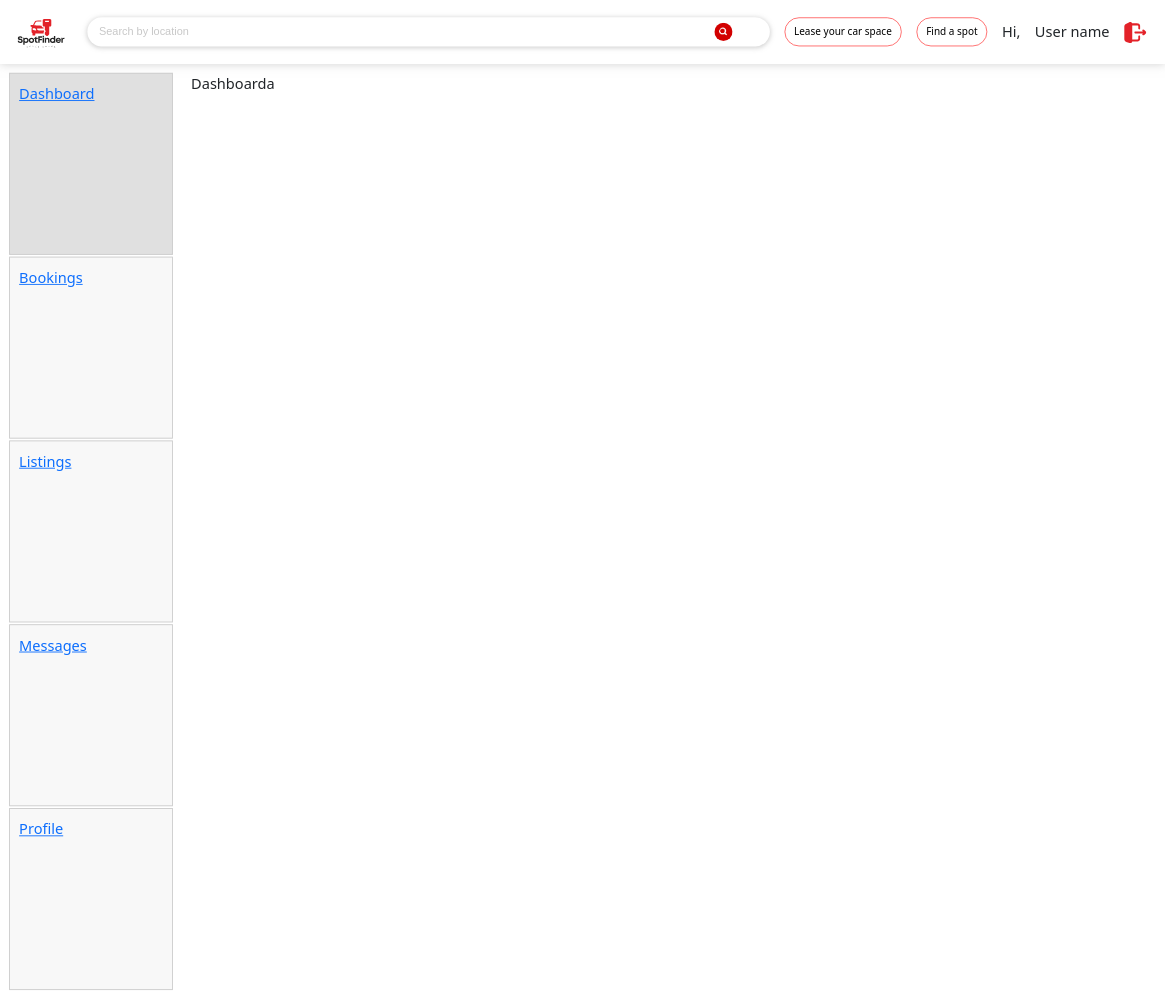
Repository: UNSWSpotFinder/SpotFinder
Page: /dashboard (app in frontend/)
The author's editor kept a copy of each file at every save. The page is drawn from the files as they stood at one save, then again after the next save.
The browser window is 1280 px wide. The pictures show the whole page, at 91% of full size.
The project was rebuilt for these pictures with package versions that can differ from the ones it lists, and the page was loaded fresh each time. Also part of the build but not shown: frontend/src/Login.css, frontend/src/Login.jsx, frontend/src/Regist.css, frontend/src/Regist.jsx, frontend/src/HomePage.jsx, frontend/src/App.css, frontend/src/components/Bookings.jsx, frontend/src/components/Listings.jsx and 2 more.

Above is the page before, as saved 2024-03-09 20:32:55.

### frontend/src/App.jsx
import logo from './logo.svg';
import React, {
  useState,
  useEffect,
  useRef,
  ChangeEvent,
  LabelHTMLAttributes,
  createContext,
  useContext,
  ReactNode,
} from 'react';
import {HomePageLarge,HomePageAdminSmall,HomePageAdminLarge,HomePageSmall} from './HomePage';
import { ErrorProvider, GlobalSnackbar, ErrorContext } from './API';
import { BrowserRouter, Routes, Route, Link } from 'react-router-dom';
import './App.css';

// 导入Dashboard相关页面组件
import DashboardTop from './components/DashboardTop';
import Dashboard from './components/Dashboard';
import Bookings from './components/Bookings';
import Listings from './components/Listings';
import Profile from './components/Profile';
import Messages from './components/Messages';

function App() {
  const [windowWidth, setWindowWidth] = useState(window.innerWidth);
  useEffect(() => {
    // 添加一个事件监听器，以便在窗口大小改变时更新windowWidth状态
    const handleResize = () => {
      setWindowWidth(window.innerWidth);
    };
    window.addEventListener('resize', handleResize);
    // 清除事件监听器以避免内存泄漏
    return () => {
      window.removeEventListener('resize', handleResize);
    };
  }, []);
  let layoutComponentHost;
  let LayoutComponentHome;
  let LayoutDetail;
  if (windowWidth > 760) {
    layoutComponentHost = null;
    LayoutComponentHome = <HomePageLarge/>;
    LayoutDetail = null;
  } else {
    layoutComponentHost = null;
    LayoutComponentHome = <HomePageSmall/>;;
    LayoutDetail = null;
  }
  return(
    <ErrorProvider>
      <GlobalSnackbar/>
        <BrowserRouter>
          <Routes>
            <Route path="/user/*" element={LayoutComponentHome} />
            {/* DashboardTop作为父路由 */}
            <Route path="/dashboard" element={<DashboardTop />}>
            <Route index element={<Dashboard />} />
            <Route path="bookings" element={<Bookings />} />
            <Route path="listings" element={<Listings />} />
            <Route path="messages" element={<Messages />} />
            <Route path="profile" element={<Profile />} />
          </Route>
            {/* Keep the wildcard route to catch all and render Home */}
            <Route path="/*" element={LayoutComponentHome} />
          </Routes>
        </BrowserRouter>
    </ErrorProvider>
  )
}

export default App;

### frontend/src/API.jsx
import Alert from '@mui/material/Alert';
import Snackbar from '@mui/material/Snackbar';
import Button from '@mui/material/Button';
import Stack from '@mui/material/Stack';
import React, { useState, useEffect, createContext,useContext } from 'react';

import { styled } from '@mui/material';
const port = '8080';
export const meetErrorLog = (error) => {
    console.log(error);
    let errorText = '';
    // switch case to show the error
    switch (error) {
      case 'info':
        errorText = 'Invalid username or password !';
        break;
      case 'access':
        errorText = 'No permission, please log in first!';
        break;
      default:
        errorText = 'Network error! Please try again.';
        break;
    }
    return errorText;
  };
export const ErrorContext = createContext({
    snackbarData: { severity: 'info', message: '1',timestamp: new Date().getTime()},
    setOpenSnackbar: () => {}, // 提供一个空函数避免调用时出错
  });
export const useError = () => useContext(ErrorContext);
export const ErrorProvider = ({ children }) => {
  const [snackbarData, setSnackbarData] = useState({
    severity: 'success',
    message: '',
    timestamp: new Date().getTime()
  });
  const setOpenSnackbar = (data) => {
    setSnackbarData(data);
  };
  return (
    <ErrorContext.Provider value={{snackbarData,setOpenSnackbar}}>
      {children}
    </ErrorContext.Provider>
  );
};
// The message to be displayed in the Snackbar
export const GlobalSnackbar = () => {
const { snackbarData, setOpenSnackbar } = useError();
// State to manage the visibility of the Snackbar
const [open, setOpen] = useState(false);
  useEffect(() => {
    console.log('Alert severity:', snackbarData.severity);
    console.log('Alert :', snackbarData.message);
    if (snackbarData.message) {
      setOpen(true);
    }
  }, [snackbarData.message, snackbarData.timestamp]);

  const handleClose = (event, reason) => {
    if (reason === 'clickaway') {
      return;
    }
    setOpen(false);
  };

return (
    // Snackbar component with automatic hiding and custom styling
    <Snackbar open={open} autoHideDuration={6000} onClose={handleClose}>
        <Alert onClose={handleClose} severity={snackbarData.severity}>
        {snackbarData.message}
        </Alert>
  </Snackbar>
);
};
export const callAPIsendEmailCode = (path,input)=>{
    return new Promise((resolve, reject) =>{
        fetch('http://localhost:'+String(port)+'/'+String(path),{
        method:'POST',
        headers: { 'Content-Type': 'application/json' },
        body:JSON.stringify(input),
        })
        .then((response)=>{
            if(response.ok){
                console.log('success');
                console.log(response);
                return resolve(response);
            }
            else if (response.status===400){
                const errorReason = 'Email not correct!';
                return reject(errorReason);
            }
            else{
                const errorReason = 'There is a problem with the network connection!';
                return reject(errorReason);
            }
        })
        .catch((error)=>{
            console.log(error);
        })
    })

}
export const callAPIverifyEmailCode = (path,input)=>{
    return new Promise((resolve, reject) =>{
        console.log(input);
        console.log('http://localhost:'+String(port)+'/'+String(path));
        fetch('http://localhost:'+String(port)+'/'+String(path),{
        method:'POST',
        headers: { 'Content-Type': 'application/json' },
        body:JSON.stringify(input),
        })
        .then((response)=>{
            if(response.ok){
                console.log('success');
                return resolve(response.json());
            }
            else if (response.status===400){
                const errorReason = 'Incorrect verification code.';
                return reject(errorReason);
            }
            else{
                const errorReason = 'There is a problem with the network connection!';
                return reject(errorReason);
            }
        })
        .catch((error)=>{
            console.log(error);
        })
    })

}
export const callAPIloginUser=(path,input)=>{

}
// 用户注册
export const callAPIRegistUser=(path,input)=>{
     return new Promise((resolve, reject) =>{
        console.log(input);
        console.log('http://localhost:'+String(port)+'/'+String(path));
        fetch('http://localhost:'+String(port)+'/'+String(path),{
        method:'POST',
        headers: { 'Content-Type': 'application/json' },
        body:JSON.stringify(input),
        })
        .then((response)=>{
            if(response.ok){
                console.log('success');
                return resolve(response.json());
            }
            else if (response.status===417){
                const errorReason = 'This email has been registed!';
                return reject(errorReason);
            }
            else{
                const errorReason = 'There is a problem with the network connection!';
                return reject(errorReason);
            }
        })
        .catch((error)=>{
            console.log(error);
        })
    })
}
// 用户登录
export const callAPILoginUser=(path,input)=>{
    return new Promise((resolve, reject) =>{
       console.log(input);
       console.log('http://localhost:'+String(port)+'/'+String(path));
       fetch('http://localhost:'+String(port)+'/'+String(path),{
       method:'POST',
       headers: { 'Content-Type': 'application/json' },
       body:JSON.stringify(input),
       })
       .then((response)=>{
           if(response.ok){
               console.log('success');
               return resolve(response.json());
           }
           else if (response.status===401){
               const errorReason = 'Username does not exist or password is incorrect!';
               return reject(errorReason);
           }
           else{
               const errorReason = 'There is a problem with the network connection!';
               return reject(errorReason);
           }
       })
       .catch((error)=>{
           console.log(error);
       })
   })
}
// 密码修改
export const callAPIResetPwdUser=(path,input)=>{
    return new Promise((resolve, reject) =>{
       console.log(input);
       console.log('http://localhost:'+String(port)+'/'+String(path));
       fetch('http://localhost:'+String(port)+'/'+String(path),{
       method:'POST',
       headers: { 'Content-Type': 'application/json' },
       body:JSON.stringify(input),
       })
       .then((response)=>{
           if(response.ok){
               console.log('success');
               return resolve(response.json());
           }
           else if (response.status===401){
               const errorReason = 'Username does not exist or password is incorrect!';
               return reject(errorReason);
           }
           else{
               const errorReason = 'There is a problem with the network connection!';
               return reject(errorReason);
           }
       })
       .catch((error)=>{
           console.log(error);
       })
   })
}

### frontend/src/components/DashboardTop.jsx
import React from 'react';
import { NavLink, Outlet } from 'react-router-dom';
import './DashboardTop.css';
import '../HomePage.css';

const DashboardTop = () => {
  return (
    <div className="dashboard-top">
      <div className="Navbar">
        {/* Logo图像 */}
        <img src='/img/LOGO.svg' className='Applogo'></img>
        {/* 搜索区域 */}
        <div className='SearchPart'>
          <img className='searchbtn' src='/img/search.png'></img>
          <input className='Searchbar' placeholder='Search by location'></input>
        </div>
        <button className='top-button'>Lease your car space</button>
        <button className='top-button'>Find a spot</button>
        <span>Hi, </span>
        <span>User name </span>
        <button className="button-with-image">
          <img src='/img/SignOut.svg' alt='Sign Out' className='sign-out-img' />
        </button>
      </div>

      {/* Top以下区域 */}
      <div className="content-area">
        {/* 侧边栏 */}
        <div className="side-nav">
          <NavLink to="/dashboard" className={({ isActive }) => isActive ? 'side-nav-spcific active' : 'side-nav-spcific'}>Dashboard</NavLink>
          <NavLink to="/dashboard/bookings" className={({ isActive }) => isActive ? 'side-nav-spcific active' : 'side-nav-spcific'}>Bookings</NavLink>
          <NavLink to="/dashboard/listings" className={({ isActive }) => isActive ? 'side-nav-spcific active' : 'side-nav-spcific'}>Listings</NavLink>
          <NavLink to="/dashboard/messages" className={({ isActive }) => isActive ? 'side-nav-spcific active' : 'side-nav-spcific'}>Messages</NavLink>
          <NavLink to="/dashboard/profile" className={({ isActive }) => isActive ? 'side-nav-spcific active' : 'side-nav-spcific'}>Profile</NavLink>

        </div>
        {/* 主要内容区域 */}
        <div className="main-content">
          <Outlet />
        </div>
      </div>
    </div>
  );
};

export default DashboardTop;

### frontend/src/components/Dashboard.jsx
import React from 'react';
import DashboardTop from './DashboardTop';

const Dashboard = () => {
  // 组件的状态和逻辑

  return (
    <div className='Dashboard'>
      {/* 组件的JSX结构 */}
      Dashboarda
    </div>
  );
}

export default Dashboard;

### frontend/src/HomePage.css
.HomeOverall {
    width: 100%;
    height: 100%;
    margin: 0px;
    padding: 0px;
    display: flex;
    flex-direction: column;
    align-items: center;
}
div.Navbar{
    width: 100%;
    height: 70px;
    margin: 0px 0px 0px 0px;
    padding: 0px 10px 0px 0px;
    display: flex;
    align-items: center;
    justify-content: space-between;
    box-shadow: 0px 0px 10px 0px rgba(164, 164, 164, 0.5);
}
div.SearchPart{
    width: calc(100% - 520px);
    min-width: 200px;
    height: 100%;
    margin: 0px;
    padding: 0px;
    display: flex;
    justify-content: center;
    align-items: center;
    align-content: center;
    flex-direction: row;
}
div.SearchPartsmall{
    width: calc(100% - 320px);
    height: 100%;
    margin: 0px;
    padding: 0px;
    display: flex;
    justify-content: center;
    align-items: center;
    align-content: center;
    flex-direction: row;
}
input.Searchbar{
    width: 100%;
    border-radius: 25px;
    padding-left: 13px;
    height: 45%;
    border: 0px;
    transition: box-shadow 0.3s;
    box-shadow: 0px 1px 5px 1px rgba(170, 170, 170, 0.5);
    position: relative;
    font-size: 12px;
    font-family:Arial, Helvetica, sans-serif;
}
input.Searchbar::placeholder{
    color: rgb(200, 200, 200);
}
img.searchbtn{
    border-radius: 20px;
    width: 20px;
    height: 20px;
    margin: 0px 0px 0px 10px;
    padding: 5px;
    right: 475px;
    position: absolute;
    z-index: 1;
    background-color: rgb(210, 0, 0);
    cursor: pointer;
}
img.searchbtnsmall{
    border-radius: 20px;
    width: 20px;
    height: 20px;
    margin: 0px;
    padding: 5px;
    right: 260px;
    position: absolute;
    z-index: 1;
    background-color: rgb(210, 0, 0);
    cursor: pointer;
}
input.Searchbar:hover{
    box-shadow: 0px 1px 10px 1px rgba(164, 164, 164, 0.5);
}
img.searchbtn:hover + .Searchbar {
    box-shadow: 0px 1px 10px 1px rgba(164, 164, 164, 0.5);
}
img.searchbtnsmall:hover + .Searchbar {
    box-shadow: 0px 1px 10px 1px rgba(164, 164, 164, 0.5);
}
button.newspace{
    border-radius: 30px;
    min-width: 200px;
    max-width: 200px;
    font-weight: bold;
    border: 0px;
    margin-left: 20px;
    height: 50%;
    background-color: rgb(250, 250, 250);
    border: 1px solid rgb(230, 230, 230);
    color: rgb(114, 114, 114);
    transition: 0.3s;
    font-size: 12px;
    cursor: pointer;
}
button.newspace:hover{
    color: rgb(0, 0, 0);
    background-color: rgb(230, 230, 230);
}
div.signwarper{
    margin: 0px 10px 0px 0px;
    height: 100%;
    display: flex;
    align-items: center;
}
button.sign{
    border-radius: 5px;
    width: 100px;
    font-weight: bold;
    border: 0px;
    margin-left:15px;
    height: 50%;
    background-color: rgb(255, 255, 255);
    border: 1px solid rgb(0, 0, 0);
    transition: 0.3s;
    font-size: 12px;
    cursor: pointer;
}
button.sign:hover{
    background-color: rgb(230, 230, 230);
}
input:focus {
    outline: none;
}
img.Applogo{
    height: 100%;
    margin: 0px 0px 0px 10px;
}
p.image-container-title{
    font-weight: 800;
    font-family: Arial;
    position: absolute;
    top: calc(10vw); /* 根据需要调整 */
    left: 5%; /* 根据需要调整 */
    width: 60%;
    color: rgb(0, 0, 0); /* 文字颜色 */
}
p.image-container-title-small{
    font-weight: 800;
    font-size: 20px;
    font-family: Arial;
    position: absolute;
    top: calc(15vw); /* 根据需要调整 */
    left: 5%; /* 根据需要调整 */
    width: 60%;
    color: rgb(0, 0, 0); /* 文字颜色 */
}
p.image-container-sub{
    font-weight: 400;
    font-family: Arial;
    position: absolute;
    left: 5%; /* 根据需要调整 */
    color: rgb(0, 0, 0); /* 文字颜色 */
}
p.image-container-sub-small{
    font-size: 12px;
    font-weight: 400;
    width: 44%;
    top: calc(28vw);
    font-family: Arial;
    position: absolute;
    left: 5%; /* 根据需要调整 */
    color: rgb(0, 0, 0); /* 文字颜色 */
}
p.image-container-txt{
    font-weight: 200;
    font-family: Arial;
    position: absolute;
    left: 5%; /* 根据需要调整 */
    width: 40%;
    color: rgb(0, 0, 0); /* 文字颜色 */
}
p.image-container-txt-small{
    font-size: 12px;
    font-weight: 400;
    width: 40%;
    top: calc(42vw);
    font-weight: 200;
    font-family: Arial;
    position: absolute;
    left: 5%; /* 根据需要调整 */
    color: rgb(0, 0, 0); /* 文字颜色 */
}
@media (max-width: 1200px) {
    p.image-container-sub{
        font-size: 19.0px;
        top: calc(25vw); /* 根据需要调整 */
        width: 45%;
    }
    p.image-container-txt{
        font-size: 20px;
        top: calc(40vw); /* 根据需要调整 */
    }
    p.image-container-title{
        font-size: 30px;
    }
}
@media (min-width: 1200px) {
    p.image-container-sub{
        font-size: 25px;
        width: 40%;
        top: calc(24vw); /* 根据需要调整 */
    }
    p.image-container-txt{
        font-size: 25px;
        top: calc(38vw); /* 根据需要调整 */
    }
    p.image-container-title{
        font-size: 45px;
    }
}

div.FilterPart{
    height: 80px;
    width: 100%;
    padding: 5px;
    background-color: #f9f9f9;
    display: flex;
    justify-content: space-between;
    align-items:center;
}
div.FilterPart-small{
    height: 155px;
    width: 100%;
    background-color: #f9f9f9;
    display: flex;
    flex-direction: column;
    justify-content: space-between;
    padding: 10px 10px 10px 10px;
    border-bottom: 1px solid rgb(238, 238, 238);
}

div.filter-top{
    display: flex;
    align-items: center;
    justify-content: space-between;
}
div.inner-left{
    display: flex;
    flex-direction: column;
    height: 100%;
    margin-right: 20px;
}
select.mglr{
    margin: 0px 5px 0px 0px;
    width: 10%;
    min-width: 130px;
    height: 70%;
    font-size: 12px;
    border-radius: 20px;
}
select.mglr-s{
    margin: 0px 5px 5px 0px;
    width: 10%;
    min-width: 130px;
    font-size: 12px;
    border-radius: 20px;
}
select.mglr-r{
    margin: 0px 5px 0px 0px;
    width: 10%;
    min-width: 90px;
    height: 70%;
    font-size: 12px;
    border-radius: 20px;
}
select.mglr-s-r{
    margin: 0px 5px 0px 0px;
    width: 100px;
    min-width: 90px;
    height: 70%;
    font-size: 12px;
    border-radius: 20px;
}
.popular{
    background-color: white !important;
    color: black !important;
}
div.pricerange{
    display: flex;
    flex-direction: column;
    height: 100%;
    justify-content: center;
    align-items: center;
    padding: 0px;
    margin: 0px;
    margin-left: 5px;
    align-items: center;
}
label.pricerange{
    font-size: 13px;
    font-weight: 500;
    color: black;
    padding: 0px;
}
input.pricerange{
    width: 50px;
    height: 50%;
    font-size: 14px;
    border-radius: 10px;
    border-width: 1px;
    border-style: solid;
    border-color: rgb(0, 0, 0);
    margin: 0px;
    padding: 0px 5px;
}
label.pricerange-s{
    font-size: 15px;
    font-weight: 500;
    color: black;
    padding: 0px 5px 0px 0px;
}
input.pricerange-s{
    height: 60%;
    width: 60%;
    font-size: 16px;
    border-radius: 10px;
    border-width: 1px;
    border-style: solid;
    border-color: rgb(0, 0, 0);
    margin: 0px 5px 0px 0px;
    padding: 0px 5px;
}
.timechoice{
    width: 20%;
    margin: 0px 5px 0px 0px;
}
.timechoice-s{
    margin: 0px 10px;
    width: 40%;
}
div.hflex{
    display: flex;
    height: 100%;
    align-items: center;
}
button.selectcar{
    width: 140px;
    font-size: 10px;
    height: 50px;
    background-color: black;
    color: white;
    font-weight: 500;
    border: 0px;
    border-radius: 10px;
    transition: 0.3s;
    margin-left: 5px;
}
button.selectcar:hover{
    background-color: rgb(55, 55, 55);
    color: rgb(255, 255, 255);
}
div.marginLR{
    display: flex;
    margin: 0px 5px;
    width: 100%;
}
div.ListingPart{
    width: 100%;
    margin-top: 15px;
    margin-bottom: 15px;
    padding: 0px 0px 0px 10px;
    display: flex;
    flex-wrap: wrap;
}
div.SpaceOverall{
    height: 135px;
    box-shadow: 0px 0px 10px 0px rgba(164, 164, 164, 0.5);
    border-radius: 10px;
    display: flex;
    align-items: center;
    padding: 0px 7px;
    margin: 0px 10px 10px 0px;
}

@media (max-width: 800px) {
    div.SpaceOverall{
        width: calc(100vw - 15px);
        min-width: 385px;
    }
}

@media (max-width: 1200px) and (min-width:800px) {
    div.SpaceOverall{
        width: calc(50vw - 15px);
        min-width: 385px;
    }
}

@media (min-width: 1200px) {
    div.SpaceOverall{
        width: calc(33.33vw - 14px);
    }
}

img.spaceimg{
    border-radius: 12px;
    object-fit: cover;
}
div.info{
    height:90%;
    margin-left:10px ;
    width: 100%;
}
p.space-title{
    padding: 0px;
    margin: 0px;
    font-size: 16px;
    color: #555555;
}
p.space-price{
    padding: 0px;
    margin: 0px;
    font-size: 12px;
    margin-top: 4px;
    color: #7F7F7F;
}
p.space-location{
    padding: 0px;
    margin: 0px;
    font-size: 12px;
    margin-top: 2px;
    color: #7F7F7F;
}
p.space-type{
    padding: 0px;
    margin: 0px;
    font-size: 12px;
    margin-top: 2px;
    color: #7F7F7F;
    margin-bottom: 2px;
}
div.order-part{
    display: flex;
    margin-top: 7px;
}
img.order-times{
    width: 20px;
    height: 20px;
}
p.times{
    padding: 0px;
    margin: 0px 0px 0px 3px;
    font-size: 13px;
    color: #7F7F7F;
}
div.right-top{
    display: flex;
    flex-direction: row;
    justify-content: space-between;
    width: 100%;
}
div.right-bottom{
    display: flex;
    flex-direction: row;
    justify-content: space-between;
    width: 100%;
    height: 30px;
    margin-bottom: 5px;
}
div.rate-part{
    display: flex;
    justify-content: center;
}
img.rate-img{
    width: 20px;
    height: 20px;
    margin-right: 2px;
}
p.rate-txt{
    color: #333333;
    font-size: 14px;
    margin: 0px;
    padding: 0px;
}
button.specific-info{
    border: 0px;
    background-color:#E22229;
    border-radius: 5px;
    color: white;
    height: 30px;
    width: 180px;
    font-size: 12px;
    font-weight: 500;
    transition: 0.3s;
    margin: 1px 0px;
}
button.specific-info:hover{
    background-color:#ba191e;
}
div.filter-bottom{
    display: flex;
    align-items: center;
    justify-content: space-between;
}

### frontend/src/components/DashboardTop.css
/* DashboardTop.css */

/* 整体布局 */
.dashboard-top {
    display: flex;
    flex-direction: column;
    height: 100vh; /* 使布局填满整个视口高度 */
  }

/* 顶部导航部分 */
.top-button {
    padding: 7px 10px;
    border: 1px solid #f66;
    border-radius: 25px;
    outline: none;
    background-color: #fff;
    cursor: pointer;
    box-shadow: none;
    transition: box-shadow 0.3s;
    font-size: 11px;
  }

  .top-button:hover {
    box-shadow: 0 0 10px #f66; /* 鼠标悬停时的外部阴影 */
  }

  .top-button:active {
    box-shadow: inset 0 0 10px #f66; /* 点击时的内部阴影 */
  }
  .sign-out-img {
    height: 25px;
    margin-right: 10px;
  }

  .button-with-image {
    background: none; /* 无背景 */
    border: none; /* 无边框 */
    padding: 0; /* 无内边距 */
  }




/* TODO: */
/* Top以下区域，包含侧边导航和主内容区 */
   .content-area {
    display: flex;
    flex-grow: 1; /* 占据剩余空间 */
  }

/* 侧边导航样式 */
  .side-nav {
    display: flex;
    flex-direction: column;
    width: 200px; /* 定宽 */

    padding: 10px; /* 内边距 */
  }

  .side-nav-spcific {
    background-color: #f5f5f5; /* 浅色背景 */
    height: 200px;
    margin-bottom: 2px;
    padding: 10px; /* 内边距 */
    border: 1px solid #cccccc; /* 添加底部边框 */
    background-color: #f8f8f8; /* 初始背景颜色 */
    cursor: pointer; /* 鼠标悬停时变为手形图标 */
    transition: background-color 0.3s, box-shadow 0.3s; /* 过渡动画效果 */
  }
  /* 鼠标悬停时的样式 */
  .side-nav-spcific:hover {
    background-color: #ffffff; /* 悬停时的背景颜色变为白色 */
    box-shadow: 0 0 10px rgba(0, 0, 0, 0.2); /* 悬停时的外部阴影效果 */
  }
  /* 点击时的样式 */
  .side-nav-spcific:active {
    box-shadow: inset 0 0 10px rgba(0, 0, 0, 0.2); /* 点击时的内部阴影效果 */
  }

  /* 当前激活的导航项样式 */
  .side-nav-spcific.active {
    background-color: #e0e0e0; /* 选中项的背景颜色 */
    /* 可以添加更多的样式来区分激活的导航项 */
  }

/* 主内容区域样式 */
  .main-content {
    flex-grow: 1; /* 占据剩余空间 */
    padding: 10px; /* 内边距 */
  }

Loaded but not shown: frontend/public/index.html (common file); frontend/src/index.js (common file); frontend/src/index.css (common file); frontend/src/reportWebVitals.js (common file)

After the next save:
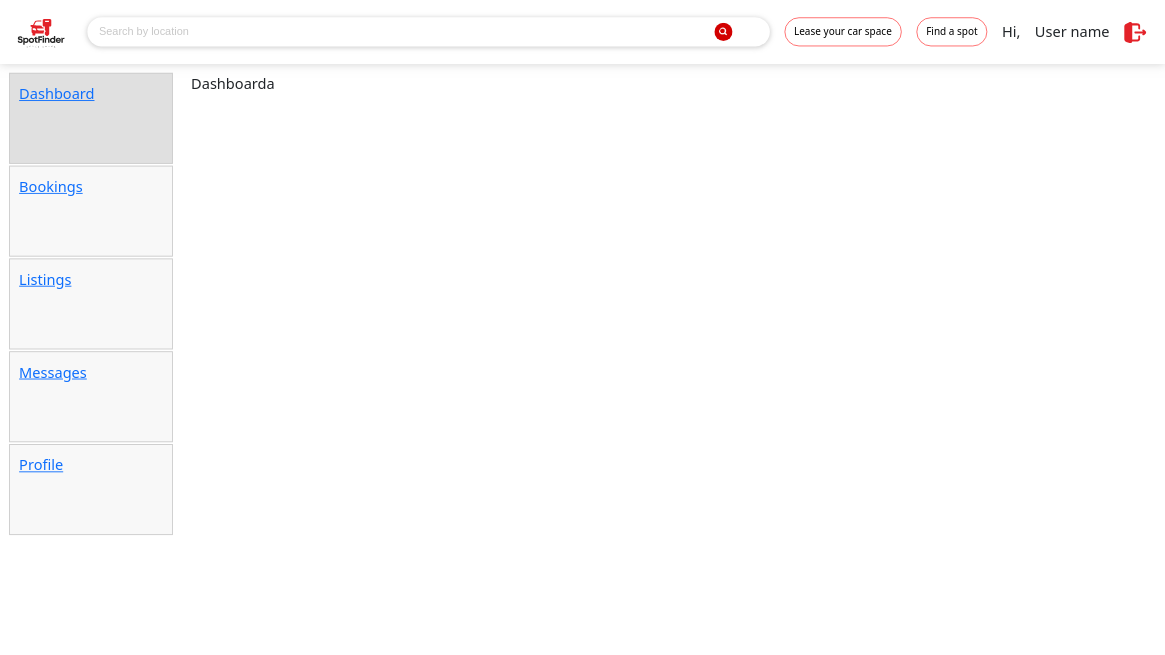
Saved 5 s later.
--- a/frontend/src/components/DashboardTop.css
+++ b/frontend/src/components/DashboardTop.css
@@ -59,7 +59,7 @@
 
   .side-nav-spcific {
     background-color: #f5f5f5; /* 浅色背景 */
-    height: 200px;
+    height: 100px;
     margin-bottom: 2px;
     padding: 10px; /* 内边距 */
     border: 1px solid #cccccc; /* 添加底部边框 */
